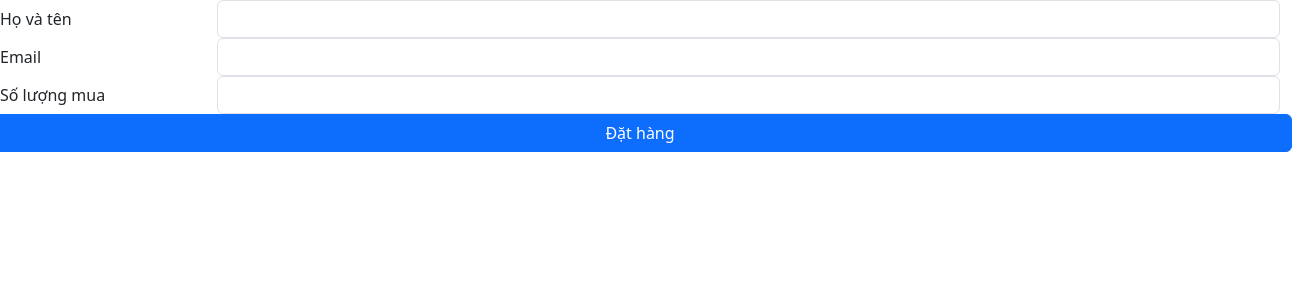
Repository: PhiKhongHoang/JSP-Servlet
Page: http://localhost/Bai6_baiTapJSP2/
An editor plug-in stored every save of this project. The page is shown before and after the next save, followed by the edit.
The browser window is 1280 px wide. The page is 1292 px wide, then 1280 px, so the pictures cover 1292 px, including what lies to the right of the window. The pictures show the whole page.
The page is served by Tomcat 9.

Above is the page before, as saved 2024-02-16 16:22:42.

### Bai6_baiTapJSP2/src/main/webapp/index.jsp
<%@ page language="java" contentType="text/html; charset=UTF-8"
    pageEncoding="UTF-8"%>
<!DOCTYPE html>
<html>
<head>
<meta charset="UTF-8">
<title>Bài tập JSP</title>
<link
	href="https://cdn.jsdelivr.net/npm/bootstrap@5.3.2/dist/css/bootstrap.min.css"
	rel="stylesheet"
	integrity="sha384-T3c6CoIi6uLrA9TneNEoa7RxnatzjcDSCmG1MXxSR1GAsXEV/Dwwykc2MPK8M2HN"
	crossorigin="anonymous">
<script
	src="https://cdn.jsdelivr.net/npm/@popperjs/core@2.11.8/dist/umd/popper.min.js"
	integrity="sha384-I7E8VVD/ismYTF4hNIPjVp/Zjvgyol6VFvRkX/vR+Vc4jQkC+hVqc2pM8ODewa9r"
	crossorigin="anonymous"></script>
<script
	src="https://cdn.jsdelivr.net/npm/bootstrap@5.3.2/dist/js/bootstrap.min.js"
	integrity="sha384-BBtl+eGJRgqQAUMxJ7pMwbEyER4l1g+O15P+16Ep7Q9Q+zqX6gSbd85u4mG4QzX+"
	crossorigin="anonymous"></script>
</head>
<body>
	<div>
		<form action="trangDatHang.jsp" method="GET">
		  <div class="form-group row">
		    <label for="hoVaTen" class="col-sm-2 col-form-label">Họ và tên</label>
		    <div class="col-sm-10">
		      <input type="text" class="form-control" id="hoVaTen" name="hoVaTen">
		    </div>
		  </div>
		  <div class="form-group row">
		    <label for="email" class="col-sm-2 col-form-label">Email</label>
		    <div class="col-sm-10">
		      <input type="email" class="form-control" id="email" name="email">
		    </div>
		  </div>
		  <div class="form-group row">
		    <label for="soLuong" class="col-sm-2 col-form-label">Số lượng mua</label>
		    <div class="col-sm-10">
		      <input type="number" class="form-control" id="soLuong" name="soLuong">
		    </div>
		  </div>
		  <div class="form-group row">
		    <button type="submit" class="btn btn-primary">Đặt hàng</button>
		  </div>
		</form>
	</div>
</body>
</html>

After the next save:
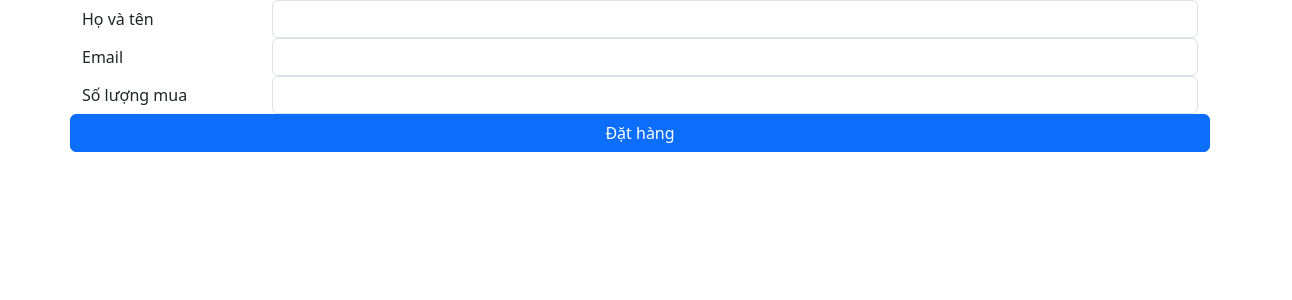
Saved 14 s later.
--- a/Bai6_baiTapJSP2/src/main/webapp/index.jsp
+++ b/Bai6_baiTapJSP2/src/main/webapp/index.jsp
@@ -20,7 +20,7 @@
 	crossorigin="anonymous"></script>
 </head>
 <body>
-	<div>
+	<div class="container">
 		<form action="trangDatHang.jsp" method="GET">
 		  <div class="form-group row">
 		    <label for="hoVaTen" class="col-sm-2 col-form-label">Họ và tên</label>
